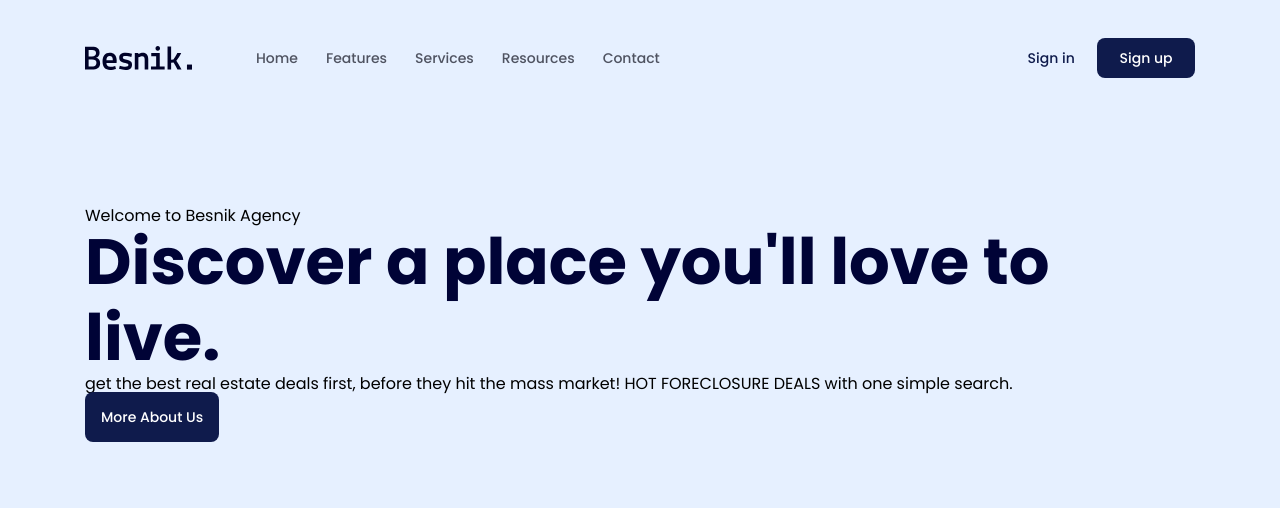
Repository: vancong171001/f8-html-css-01
Page: index.html
The author's editor kept a copy of each file at every save. The page is drawn from the files as they stood at one save, then again after the next save.
The browser window is 1280 px wide. The pictures show the whole page.

Above is the page before, as saved 2025-02-18 16:35:15.

After the next save:
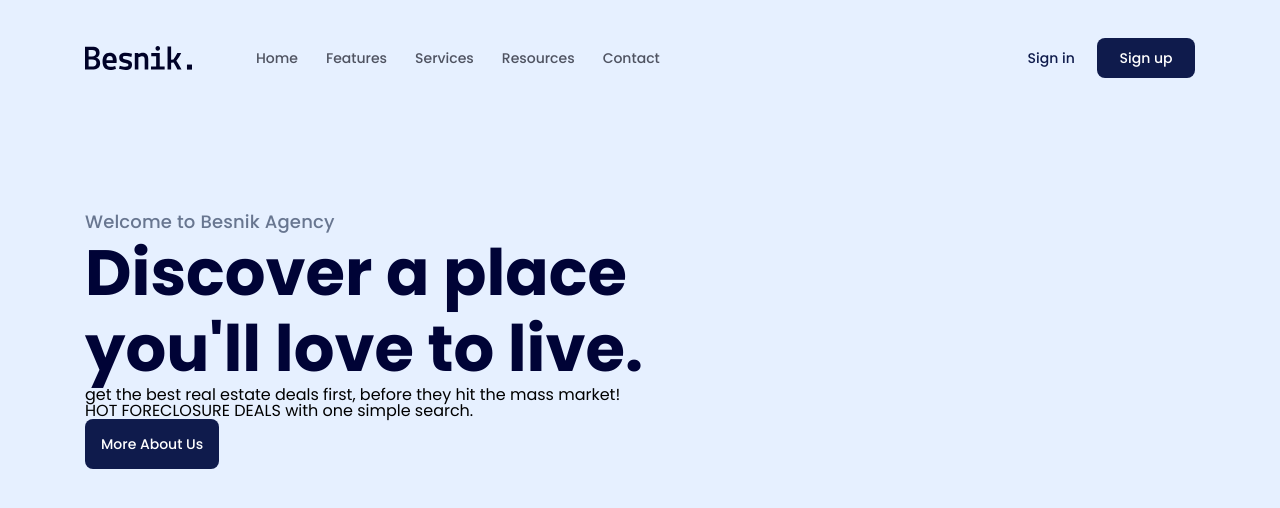
Saved 4 s later.
--- a/assets/css/styles.css
+++ b/assets/css/styles.css
@@ -90,7 +90,9 @@
   margin-top: 130px;
 }
 
-.hero .info
+.hero .info {
+  width: 51%;
+}
 
 .hero .sub-title {
   color: #687690;
